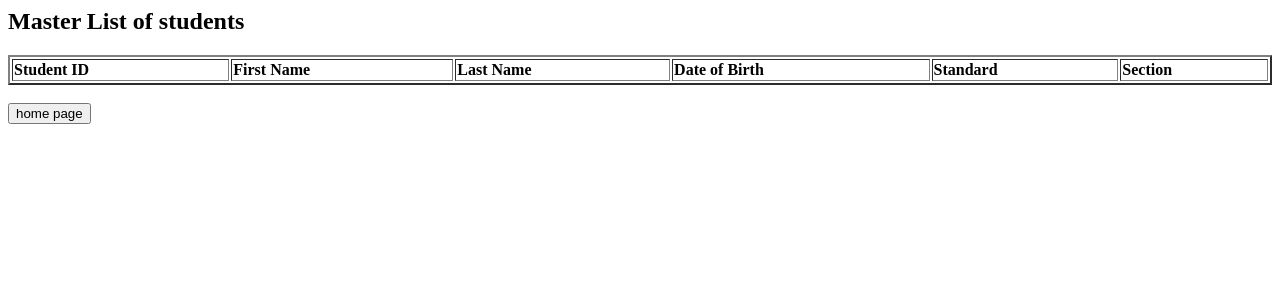
Repository: anithagnana123/Simplilearn_Phase2_project
Page: http://localhost/phase2-project/viewstudent.jsp
An editor plug-in stored every save of this project. The page is shown before and after the next save, followed by the edit.
The browser window is 1280 px wide. The pictures show the whole page.
The page is served by Tomcat 9. Other server files are loaded and not shown. Queries for data that is not in the repository find no rows.

Above is the page before, as saved 2022-10-23 15:32:03.

### phase2-project/src/main/webapp/viewstudent.jsp
<%@ taglib prefix="c" uri="http://java.sun.com/jsp/jstl/core"%>
<%@ taglib prefix="sql" uri="http://java.sun.com/jsp/jstl/sql"%>
<html>
<head>
    <title>viewstudent-list</title>
</head>
<body>
    <sql:setDataSource
    var="database"
    driver="com.mysql.cj.jdbc.Driver"
     url="jdbc:mysql://localhost:3306/learners_academy_test?allowPublicKeyRetrieval=true&useSSL=false"
     user="root"
     password="123456"
     />


<h2>Master List of students</h2>
<sql:query var="rs" dataSource="${database}">
    SELECT * FROM student_info;
</sql:query>
<table border="2" width="100%">
    <tr>
        <td><b>Student ID</b></td>
        <td><b>First Name</b></td>
        <td><b>Last Name</b></td>
        <td><b>Date of Birth</b></td>
        <td><b>Standard</b></td>
        <td><b>Section</b></td>
    </tr>

    <c:forEach var="student_info" items="${rs.rows}">
        <tr>
            <td> <c:out value="${student_info.student_id}"/> </td>
            <td> <c:out value="${student_info.firstName}"/> </td>
            <td> <c:out value="${student_info.lastName}"/> </td>
            <td> <c:out value="${student_info.dateOfBirth}"/> </td>
            <td> <c:out value="${student_info.standard}"/> </td>
            <td> <c:out value="${student_info.class_sec}"/> </td>
        </tr>
    </c:forEach>
</table>

<form action='welcome' method='get'>
	 <br> <input type='submit' value='home page'/>
</form>

</body>
</html>

After the next save:
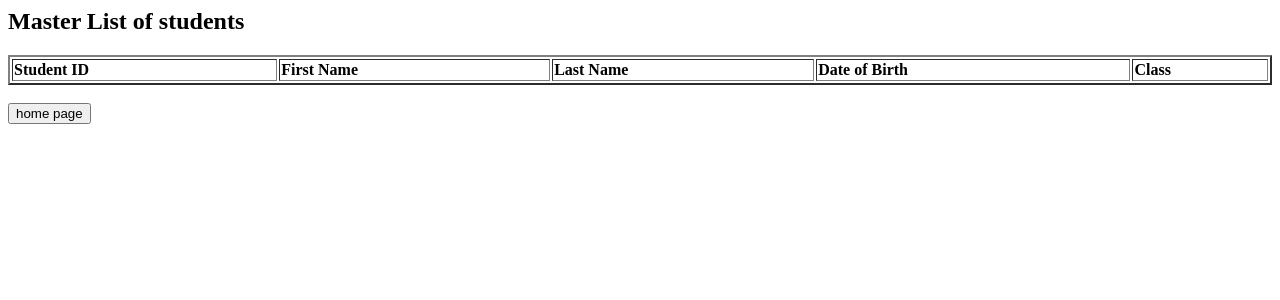
Saved 48 s later.
--- a/phase2-project/src/main/webapp/viewstudent.jsp
+++ b/phase2-project/src/main/webapp/viewstudent.jsp
@@ -24,8 +24,7 @@
         <td><b>First Name</b></td>
         <td><b>Last Name</b></td>
         <td><b>Date of Birth</b></td>
-        <td><b>Standard</b></td>
-        <td><b>Section</b></td>
+        <td><b>Class</b></td>
     </tr>
 
     <c:forEach var="student_info" items="${rs.rows}">
@@ -34,7 +33,6 @@
             <td> <c:out value="${student_info.firstName}"/> </td>
             <td> <c:out value="${student_info.lastName}"/> </td>
             <td> <c:out value="${student_info.dateOfBirth}"/> </td>
-            <td> <c:out value="${student_info.standard}"/> </td>
             <td> <c:out value="${student_info.class_sec}"/> </td>
         </tr>
     </c:forEach>
